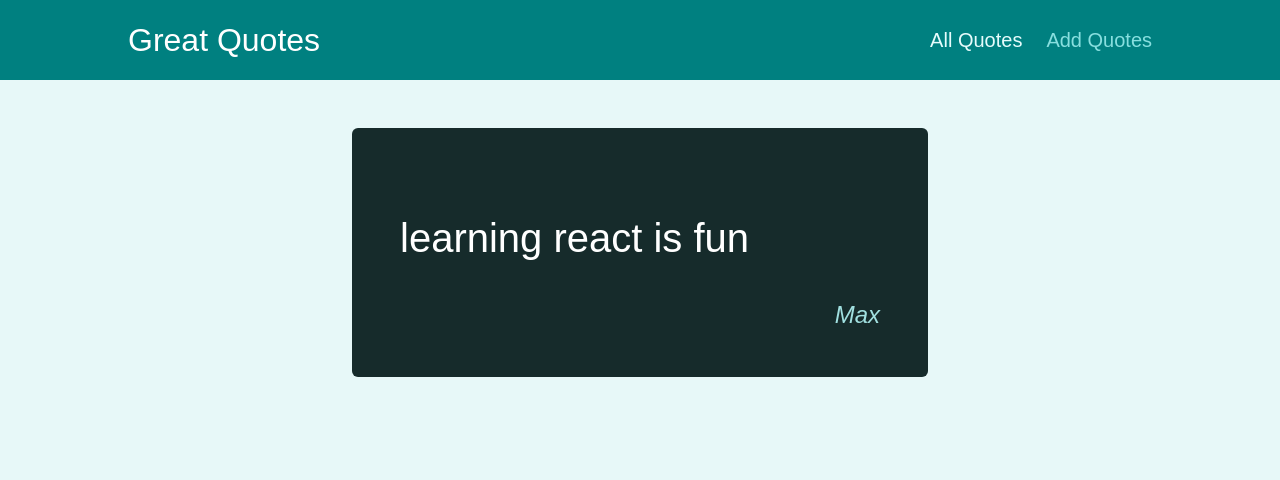
Repository: NamalPathirana/react-router-prac-two-demo
Page: /quotes/q1
An editor plug-in stored every save of this project. The page is shown before and after a run of saves, followed by the edit.
The browser window is 1280 px wide. The pictures show the whole page.
The project was rebuilt for these pictures with package versions that can differ from the ones it lists, and the page was loaded fresh each time. Also part of the build but not shown: src/components/UI/Card.module.css, src/components/UI/Card.js, src/components/UI/LoadingSpinner.module.css, src/components/UI/LoadingSpinner.js, src/components/quotes/QuoteForm.module.css, src/components/quotes/QuoteForm.js, src/components/pages/AddQuotes.js, src/components/pages/NotFound.js and 9 more.

Above is the page before, as saved 2022-04-21 20:39:23.

### src/App.js
import { Fragment } from "react";
import { Redirect, Route, Switch } from "react-router-dom";
import Layout from "./components/layout/Layout";
import AddQuotes from "./components/pages/AddQuotes";
import NotFound from "./components/pages/NotFound";
import QuotesDetails from "./components/pages/Quote-details";
import Quotes from "./components/pages/Quotes";

function App() {
  return (
    <Fragment>
      <Layout>
        <Switch>
          <Route path="/" exact>
            <Redirect to="/quotes"></Redirect>
          </Route>
          <Route path="/quotes" exact>
            <Quotes></Quotes>
          </Route>
          <Route path="/quotes/:quoteID">
            <QuotesDetails></QuotesDetails>
          </Route>
          <Route path="/add-quotes" exact>
            <AddQuotes></AddQuotes>
          </Route>
          <Route path="*">
            <NotFound></NotFound>
          </Route>
        </Switch>
      </Layout>
    </Fragment>
  );
}

export default App;

### src/components/layout/Layout.js
import { Fragment } from "react";
import Header from "./Header";
import classes from "./Layout.module.css"


const Layout = (props) => {
    return <Fragment>
        <Header></Header>
        <main className={classes.main} >{props.children}</main>
    </Fragment>
}


export default Layout;

### src/components/pages/Quote-details.js
import { Fragment } from "react";
import { Route, useParams } from "react-router-dom";
import Comments from "../comments/Comments";
import HighlightedQuote from "../quotes/HighlightedQuote";

const DUMMY_QUOTES = [
  { id: "q1", author: "Max", text: "learning react is fun" },
  { id: "q2", author: "Maximilan", text: "react is great!" },
];

const QuotesDetails = () => {
  const params = useParams();

  const quote = DUMMY_QUOTES.find((element)=>{return element.id === params.quoteID});

  if(!quote){
      return <p>No quote found!</p>
  }

  return (
    <Fragment>
      <HighlightedQuote text={quote.text} author={quote.author} />
      <Route path={`/quotes/${params.quoteID}/comments`}>
        <Comments></Comments>
      </Route>
    </Fragment>
  );
};

export default QuotesDetails;

### src/components/layout/Header.js
import { NavLink } from "react-router-dom";
import classes from "./MainNavigation.module.css";

const Header = () => {
  return (
    <header className={classes.header}>
      <p className={classes.logo}>Great Quotes</p>
      <nav className={classes.nav}>
        <ul>
          <li>
            <NavLink activeClassName={classes.active} to="/quotes">All Quotes</NavLink>
          </li>
          <li>
            <NavLink activeClassName={classes.active} to="/add-quotes">Add Quotes</NavLink>
          </li>
        </ul>
      </nav>
    </header>
  );
};

export default Header;

Loaded but not shown: public/index.html (common file); src/index.js (common file); src/index.css (common file); src/components/layout/Layout.module.css (common file); src/components/quotes/HighlightedQuote.js (common file); src/components/layout/MainNavigation.module.css (common file); src/components/quotes/HighlightedQuote.module.css (common file)

After the next 2 saves:
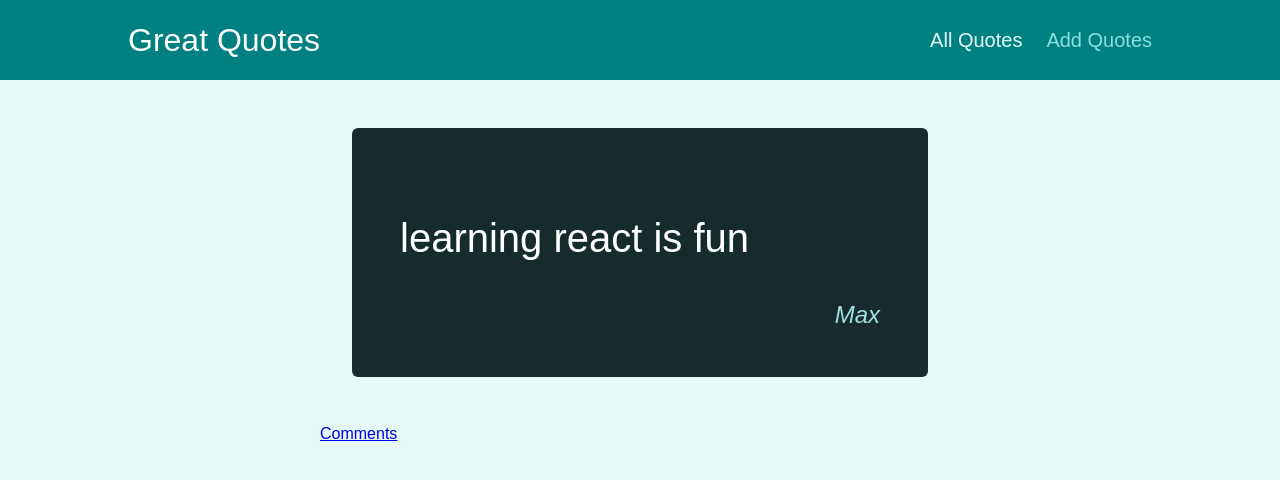
The 2 saves are shown as one change because 1 did not build or start.
The last was saved 25 h 33 min later.
--- a/src/components/pages/Quote-details.js
+++ b/src/components/pages/Quote-details.js
@@ -1,5 +1,5 @@
 import { Fragment } from "react";
-import { Route, useParams } from "react-router-dom";
+import { Link, Route, useParams } from "react-router-dom";
 import Comments from "../comments/Comments";
 import HighlightedQuote from "../quotes/HighlightedQuote";
 
@@ -20,6 +20,7 @@ const QuotesDetails = () => {
   return (
     <Fragment>
       <HighlightedQuote text={quote.text} author={quote.author} />
+      <Link to={`/quotes/${params.quoteID}/comments`}>Comments</Link>
       <Route path={`/quotes/${params.quoteID}/comments`}>
         <Comments></Comments>
       </Route>
